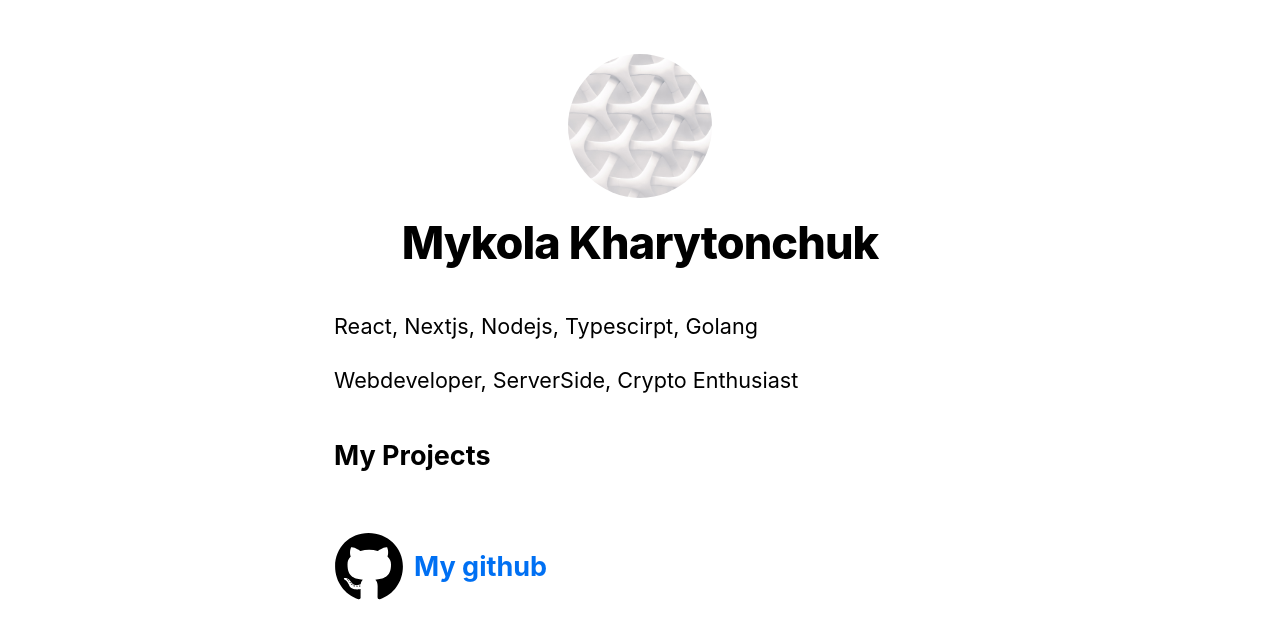
Repository: Mooninghnk/resume
Page: /
The author's editor kept a copy of each file at every save. The page is drawn from the files as they stood at one save, then again after the next save.
The browser window is 1280 px wide. The pictures show the whole page.
The project was rebuilt for these pictures with package versions that can differ from the ones it lists, and the page was loaded fresh each time. The framework's server and built-in components were replaced by stand-ins that run in the browser.

Above is the page before, as saved 2021-12-29 21:30:48.

### pages/_app.tsx
import '../styles/global.css'

import { AppProps } from 'next/app'

function App({ Component, pageProps }: AppProps) {
  return <Component {...pageProps} />
}

export default App

### pages/index.tsx
import Head from "next/head";
import Layout from "../components/layout";
import utilStyles from "../styles/utils.module.css";

import { FaGithub } from "react-icons/fa";
import Link from "next/link";
import { useState } from "react";




export default function Home({ allPostsData }) {
  const [icon, sizeIcon] = useState(70);

  return (
    <Layout home>
      <Head>
        <title>{"resume"}</title>
      </Head>
      <section className={utilStyles.headingMd}>
        <p>React, Nextjs, Nodejs, Typescirpt, Golang</p>
        <p>Webdeveloper, ServerSide, Crypto Enthusiast </p>
      </section>
      <section className={`${utilStyles.headingMd} ${utilStyles.padding1px}`}>
        <h2 className={utilStyles.headingLg}>My Projects</h2>
        <ul className={utilStyles.list}>
          <li className={utilStyles.listItem}>
            <br />
            <small  className={utilStyles.lightText}>
              <Link href={"https://github.com/Mooninghnk"}>
                <div onMouseEnter={() => sizeIcon(90)} onMouseLeave={() => sizeIcon(70)} className="link" style={{display: "inline-flex", alignItems: "center"}}>
                 <FaGithub  color="black" size={icon} style={{marginRight: "10px"}}/>
                <h1>{" "} My github</h1>
                 </div>

              </Link>
            </small>
          </li>
        </ul>
      </section>
    </Layout>
  );
}

### components/layout.tsx
import Head from 'next/head'
import Image from 'next/image'
import styles from './layout.module.css'
import utilStyles from '../styles/utils.module.css'
import Link from 'next/link'

const name = '[Your Name]'
export const siteTitle = 'Next.js Sample Website'

export default function Layout({ children, home }) {
  return (
    <div className={styles.container}>
      <Head>
        <link rel="icon" href="/favicon.ico" />
        <meta
          name="description"
          content="Learn how to build a personal website using Next.js"
        />
        <meta
          property="og:image"
          content={`https://og-image.vercel.app/${encodeURI(
            siteTitle
          )}.png?theme=light&md=0&fontSize=75px&images=https%3A%2F%2Fassets.zeit.co%2Fimage%2Fupload%2Ffront%2Fassets%2Fdesign%2Fnextjs-black-logo.svg`}
        />
        <meta name="og:title" content={siteTitle} />
        <meta name="twitter:card" content="summary_large_image" />
      </Head>
      <header className={styles.header}>
        {home ? (
          <>
            <Image
              priority
              src="/images/profile.jpg"
              className={utilStyles.borderCircle}
              height={144}
              width={144}
              alt={name}
            />
            <h1 className={utilStyles.heading2Xl}>{"Mykola Kharytonchuk"}</h1>
          </>
        ) : (
          <>
            <Link href="/">
              <a>
                <Image
                  priority
                  src="/images/profile.jpg"
                  className={utilStyles.borderCircle}
                  height={108}
                  width={108}
                  alt={name}
                />
              </a>
            </Link>
            <h2 className={utilStyles.headingLg}>
              <Link href="/">
                <a className={utilStyles.colorInherit}>{name}</a>
              </Link>
            </h2>
          </>
        )}
      </header>
      <main>{children}</main>
      {!home && (
        <div className={styles.backToHome}>
          <Link href="/">
            <a>← Back to home</a>
          </Link>
        </div>
      )}
    </div>
  )
}

### components/layout.module.css
.container {
  max-width: 36rem;
  padding: 0 1rem;
  margin: 3rem auto 6rem;
}

.header {
  display: flex;
  flex-direction: column;
  align-items: center;
}

.backToHome {
  margin: 3rem 0 0;
}

Loaded but not shown: styles/global.css (common file); styles/utils.module.css (common file)

After the next save:
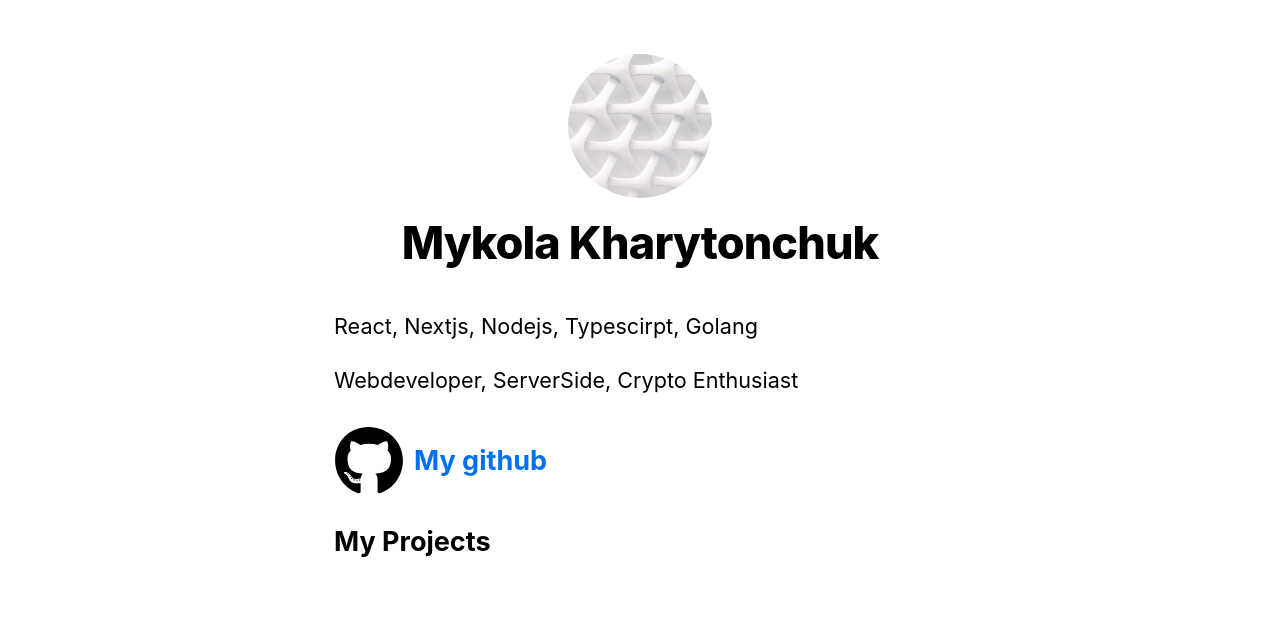
Saved 7 min 54 s later.
--- a/pages/index.tsx
+++ b/pages/index.tsx
@@ -22,11 +22,7 @@ export default function Home({ allPostsData }) {
         <p>Webdeveloper, ServerSide, Crypto Enthusiast </p>
       </section>
       <section className={`${utilStyles.headingMd} ${utilStyles.padding1px}`}>
-        <h2 className={utilStyles.headingLg}>My Projects</h2>
-        <ul className={utilStyles.list}>
-          <li className={utilStyles.listItem}>
-            <br />
-            <small  className={utilStyles.lightText}>
+      <small  className={utilStyles.lightText}>
               <Link href={"https://github.com/Mooninghnk"}>
                 <div onMouseEnter={() => sizeIcon(90)} onMouseLeave={() => sizeIcon(70)} className="link" style={{display: "inline-flex", alignItems: "center"}}>
                  <FaGithub  color="black" size={icon} style={{marginRight: "10px"}}/>
@@ -35,6 +31,11 @@ export default function Home({ allPostsData }) {
 
               </Link>
             </small>
+        <h2 className={utilStyles.headingLg}>My Projects</h2>
+        <ul className={utilStyles.list}>
+          <li className={utilStyles.listItem}>
+            <br />
+
           </li>
         </ul>
       </section>
